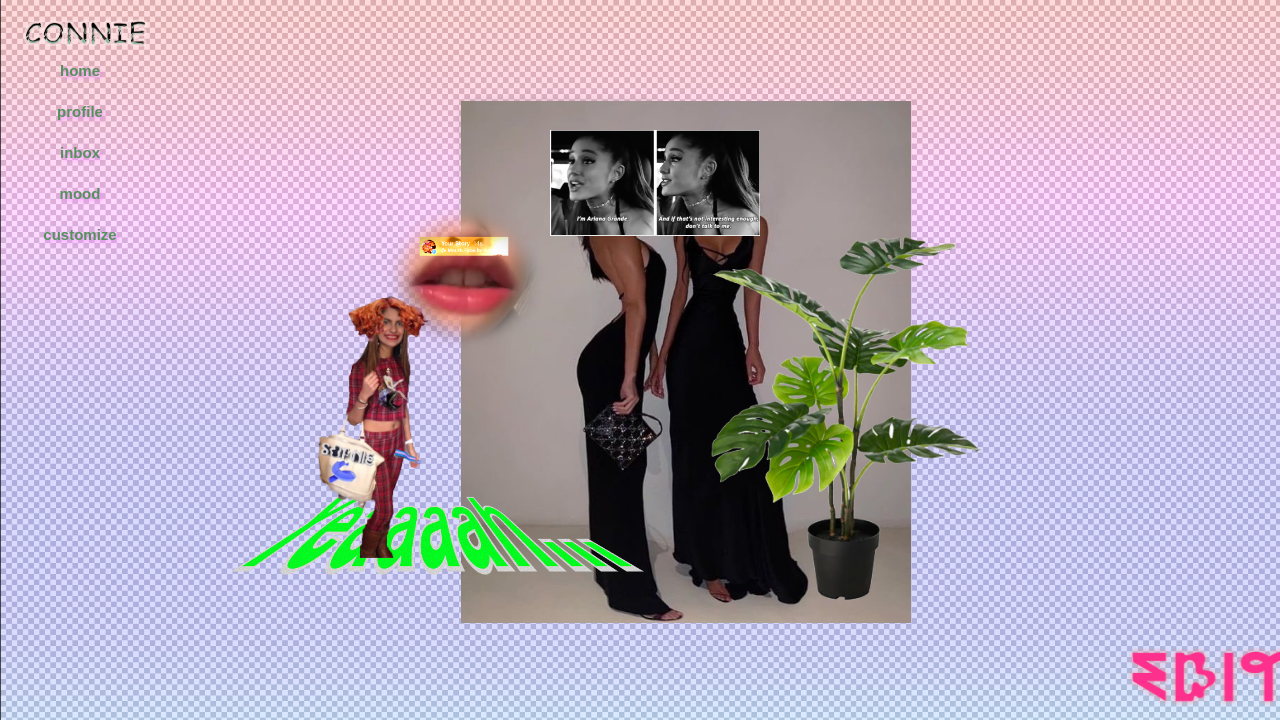
Repository: xuc009/xuc009.github.io
Page: track12/index.html
These files come from the project's save history. The page is drawn as it stood at one moment and after the next save; the edit follows.
The browser window is 1280 px wide. The pictures show the whole page.
Some web fonts or font styles are not loaded; a fallback is used. Some web libraries are served in a nearby version.

Above is the page before, as saved 2018-12-08 17:04:09.

### track12/index.html
<!DOCTYPE html>
<html lang="en">
  <head>
    <title>Track 12</title>
    <link rel="shortcut icon" href="" />
    <meta charset="utf-8">
    <meta name="description" content="" />
    <meta property="og:image" content=""/>
    <meta name="viewport" content="width=device-width, initial-scale=1" />
    <script src="https://ajax.googleapis.com/ajax/libs/jquery/3.3.1/jquery.min.js"></script>
    <script src="https://www.w3schools.com/lib/w3.js"></script>
    <link href="assets/css/styles.css" media="all" rel="stylesheet" />
    <meta charset="utf-8" />
    <title>jQuery UI Draggable - Default functionality</title>
    <link rel="stylesheet" href="http://code.jquery.com/ui/1.9.2/themes/base/jquery-ui.css" />
    <script src="http://code.jquery.com/jquery-1.8.3.js"></script>
    <script src="http://code.jquery.com/ui/1.9.2/jquery-ui.js"></script>
    <link href="https://fonts.googleapis.com/css?family=Michroma" rel="stylesheet">
    <style>
    .draggable { width: 0px; height: 0px; padding: 0; }
    </style>
    <script>
    $(function() {
        $( ".draggable" ).draggable();
    });
    </script>

  </head>

  <body>

      <div class="dropdown">
          <button class="dropbtn"><img src="assets/img/conniemenu.gif" width="140px"></button>
          <div class="dropdown-content">
            <a href="#">home</a>
            <a href="#">profile</a>
            <a href="#">inbox</a>
            <a href="#">mood</a>
            <a href="#">customize</a>
          </div>
        </div>

      <div class="edit">
        <a href="https://xuc009.github.io/track11/index.html">
        <img src="assets/img/edit.png" width="300px">
        </a>
      </div>

    <div id="draggable1" class="ui-widget-content draggable tooltip">
        <span class="tooltiptext">id.png</span>
       <img src="assets/img/k.jpg" width="450px">
      </div>

      <div id="draggable2" class="ui-widget-content draggable tooltip">
          <span class="tooltiptext">↗ Aaliyah by me 🔗📹🤗🦋✨ ⬈</span>
        <a href="https://xuc009.github.io/track2/index.html" target="_blank">
          <img src="assets/img/ari.jpg" width="210px">
        </a>
      </div>

      <div id="draggable3" class="ui-widget-content draggable tooltip">
          <span class="tooltiptext">https://goo.gl/MuuDqj</span>
          <a href="https://goo.gl/MuuDqj" target="_blank">
          <img src="assets/img/mouth.png" width="160px">
          </a>
        </div>

     <div id="draggable4" class="ui-widget-content draggable four tooltip">
        <span class="tooltiptext">https://ebay.us/9TBpsq</span>
        <a href="https://ebay.us/9TBpsq" target="_blank">
            <img src="assets/img/plant.png" width="370px">
        </a>
          </div>

      <div id="draggable5" class="ui-widget-content draggable five tooltip">
          <span class="tooltiptext">https://www.instagram.com/p/BoPapCyAAdp/</span>
          <a href="https://www.instagram.com/p/BoPapCyAAdp/" target="_blank">
          <img src="assets/img/lyric.png" width="415px">
          </a>
        </div>

        <div id="draggable6" class="ui-widget-content draggable five tooltip">
          <span class="tooltiptext">https://www.instagram.com/p/BoPapCyAAdp/</span>
          <a href="https://www.instagram.com/p/BoPapCyAAdp/" target="_blank">
          <img src="assets/img/sophie.png" width="190px">
          </a>
        </div>








      </div>
    </div>

  </body>
</html>

### track12/assets/css/styles.css
* { box-sizing: border-box; }

body{
	background-color: #ffffff;
	background-image: url('../img/background.png');
	background-size: 1500px;
	margin: 0 auto 0 auto;
	display: inline-block;
    font-size: 0px;
}

.tooltip {
    position: relative;
    display: inline-block;
    border-bottom: 1px dotted black;
}

.tooltip .tooltiptext {
    visibility: hidden;
    /* width: 120px; */
    background-color: #FF308D;
    color: #00E6FF;
    text-align: center;
    padding: 5px 10px;
    font-size:15px;
    font-family: Arial, Helvetica, sans-serif;
    font-weight: 400;

    /* Position the tooltip */
    position: fixed;
    z-index: 1;
    bottom: 0px;
    left:0 ;
}

.tooltip:hover .tooltiptext {
    visibility: visible;
}

a { cursor: move; }

.draggable{
    box-shadow: 5px 5px 10px #000000;
}

#draggable1{
    width: 190px;
    height: 187px;
    background: #fff;
    border: none;
    box-shadow: 5px 5px 10px #807d7d;
    cursor: move;
    position: absolute;
    top: 14%;
    left: 36%;
}


#draggable2 {
    /* width: 168px;
    height: 438.38px; */
    border: none;
    box-shadow: 5px 5px 10px #807d7d;
    position: absolute;
    top: 18%;
    left: 43%;
    cursor: move;
}


#draggable3 {
    width: 365px;
    border: none;
    position: absolute;
    top: 28%;
    left: 30%;
    cursor: move;
}


#draggable4{
    position: absolute;
    top: 30%;
    left: 51%;
    cursor: move;
    border: none;
    box-shadow: 5px 5px 10px #807d7d;

}

#draggable5{
    position: absolute;
    top: 65%;
    left: 18%;
    cursor: move;
    border: none;
}

#draggable6{
    position: absolute;
    top: 40%;
    left: 22%;
    cursor: move;
    border: none;
}


.edit{
    position: fixed;
    bottom:0;
    left: 83%;
    cursor: pointer;
    transition: all 300ms;
}

.edit:hover{
    transform: translateX(3px) translateY(-3px);
    /* transform: scale(1.05); */
}

.dropbtn {
    background-color: Transparent;
    width: 140px;
    height: 26px;
    padding: 16px;
    font-size: 16px;
    border: none;
    outline: none;
}

.dropdown {
    position: relative;
    width: 140px;
    display: inline-block;
}

.dropdown-content {
    display: none;
    position: absolute;
    background-color: transparent;
    min-width: 160px;
    text-shadow: 2px 2px 5px #F48BFF;
    z-index: 1;
    font-size: 15px;
    text-align: center;
    font-family: Arial, Helvetica, sans-serif;
    font-weight: 600;
}

.dropdown-content a {
    color: #52935A;
    padding: 12px 16px;
    text-decoration: none;
    display: block;
}

.dropdown-content a:hover {text-shadow: 2px 2px 5px #54FAFF;}

.dropdown:hover .dropdown-content {display: block;}

.dropdown:hover .dropbtn {background-color: none;}

After the next save:
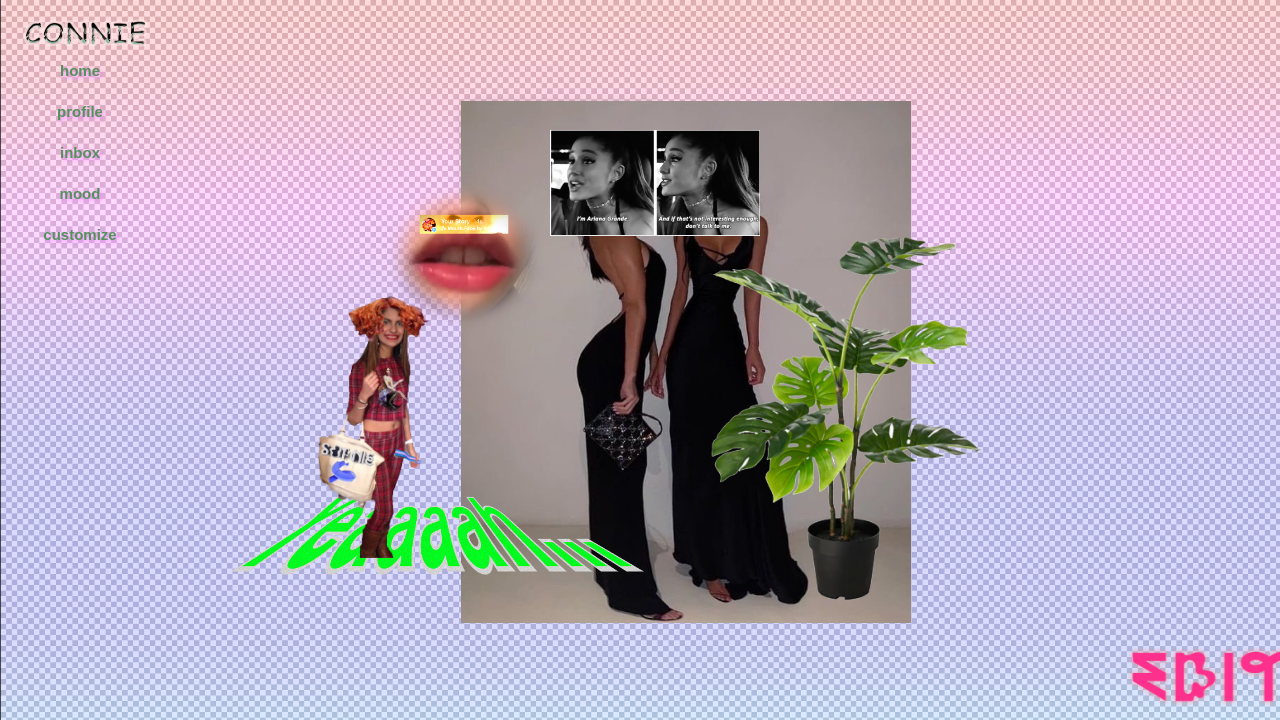
Saved 8 s later.
--- a/track12/assets/css/styles.css
+++ b/track12/assets/css/styles.css
@@ -72,7 +72,7 @@
     width: 365px;
     border: none;
     position: absolute;
-    top: 28%;
+    top: 25%;
     left: 30%;
     cursor: move;
 }
